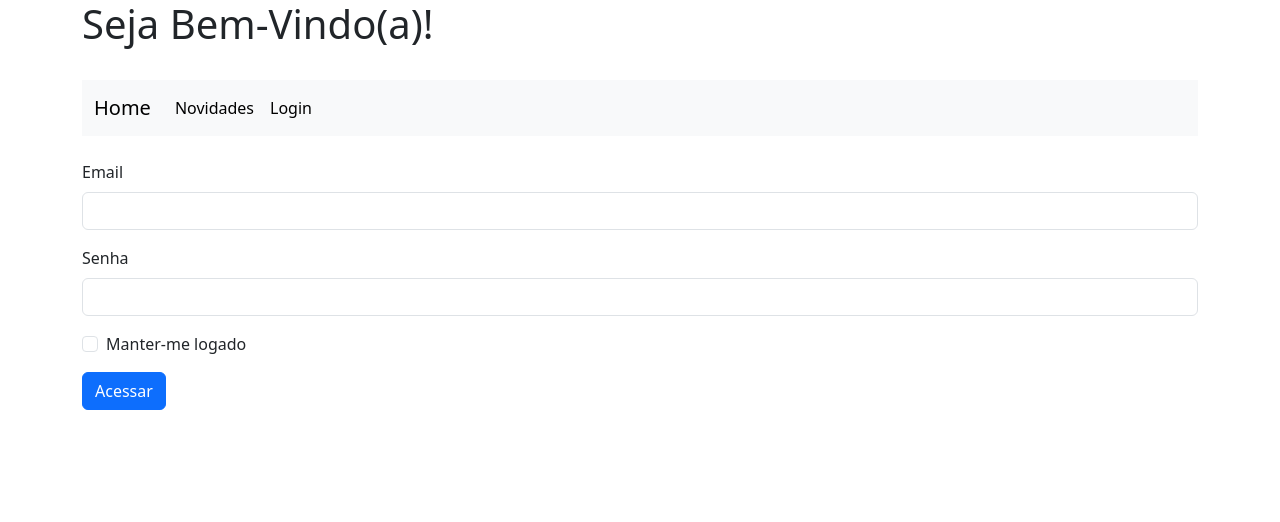
Repository: DianeMascarello/Uc09Senai
Page: http://localhost/SA3Uc09/ServletLogin
These files come from the project's save history. The page is drawn as it stood at one moment and after the next save; the edit follows.
The browser window is 1280 px wide. The pictures show the whole page.
The page is served by Tomcat 10.

Above is the page before, as saved 2023-08-08 22:31:51.

After the next save:
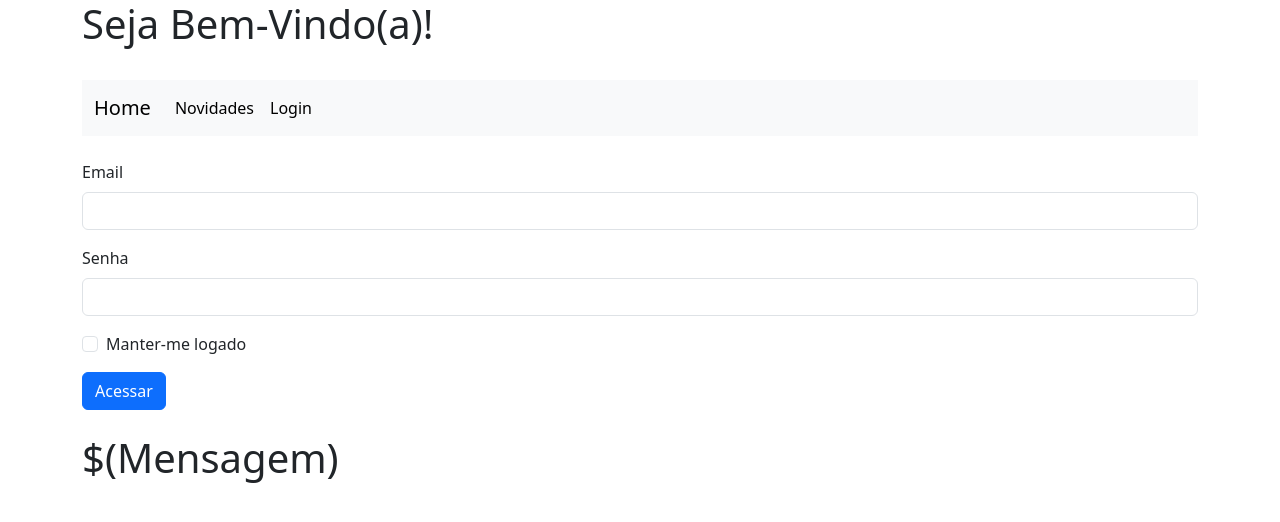
Saved 7 min 54 s later.
--- a/SA3Uc09/src/main/webapp/login.jsp
+++ b/SA3Uc09/src/main/webapp/login.jsp
@@ -62,5 +62,7 @@
 			src="https://cdn.jsdelivr.net/npm/bootstrap@5.3.1/dist/js/bootstrap.bundle.min.js"
 			integrity="sha384-HwwvtgBNo3bZJJLYd8oVXjrBZt8cqVSpeBNS5n7C8IVInixGAoxmnlMuBnhbgrkm"
 			crossorigin="anonymous"></script>
+
+			<h1> $(Mensagem)</h1>
 </body>
 </html>
